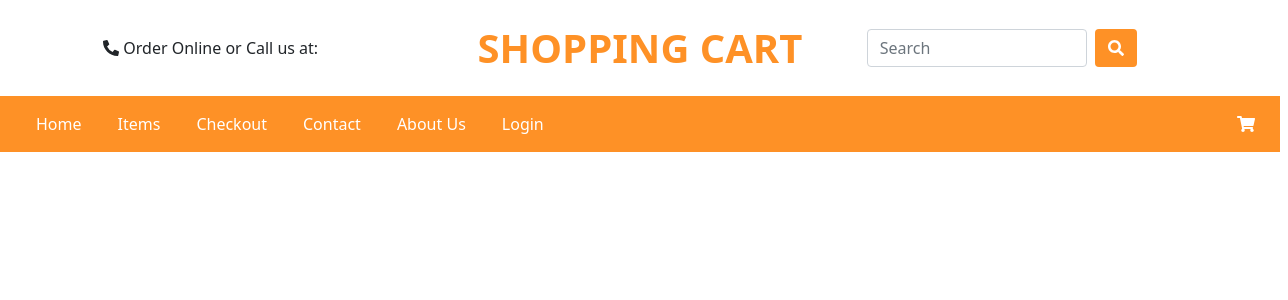
Repository: SaudCh/React-Ecommerce
Page: /login
These files come from the project's save history. The page is drawn as it stood at one moment and after the next save; the edit follows.
The browser window is 1280 px wide. The page is 1284 px wide, then 1288 px, so the pictures cover 1288 px, including what lies to the right of the window. The pictures show the whole page.
The project was rebuilt for these pictures with package versions that can differ from the ones it lists, and the page was loaded fresh each time. Also part of the build but not shown: src/App.css, src/Home/Carousel.jsx, src/Home/home.jsx.

Above is the page before, as saved 2021-12-05 14:05:57.

After the next save:
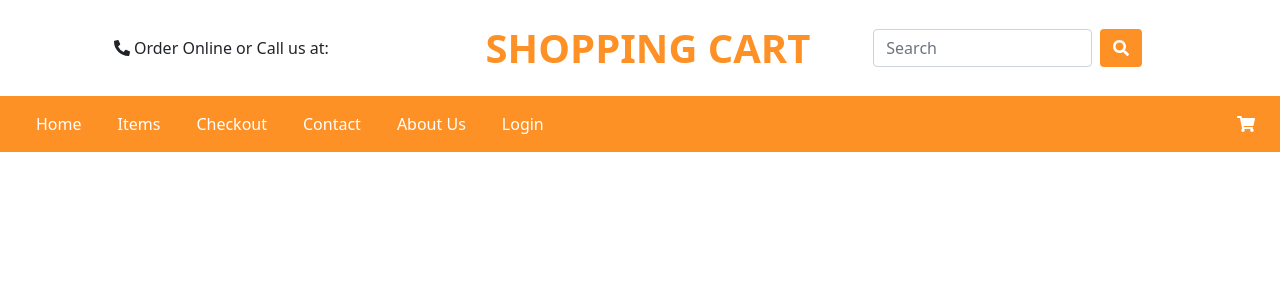
Saved 12 s later.
--- a/src/Header/Header.jsx
+++ b/src/Header/Header.jsx
@@ -11,7 +11,7 @@ import "./Header.css";
 export default function Header() {
   return (
     <div>
-      <nav className="cotainer-fluid m-2 my-4">
+      <nav className="container-fluid m-2 my-4">
         <div className="row align-items-center">
           <div className="col-12 col-md-4 my-2 my-lg-0 text-center ">
             <p className="m-0 p-0">
